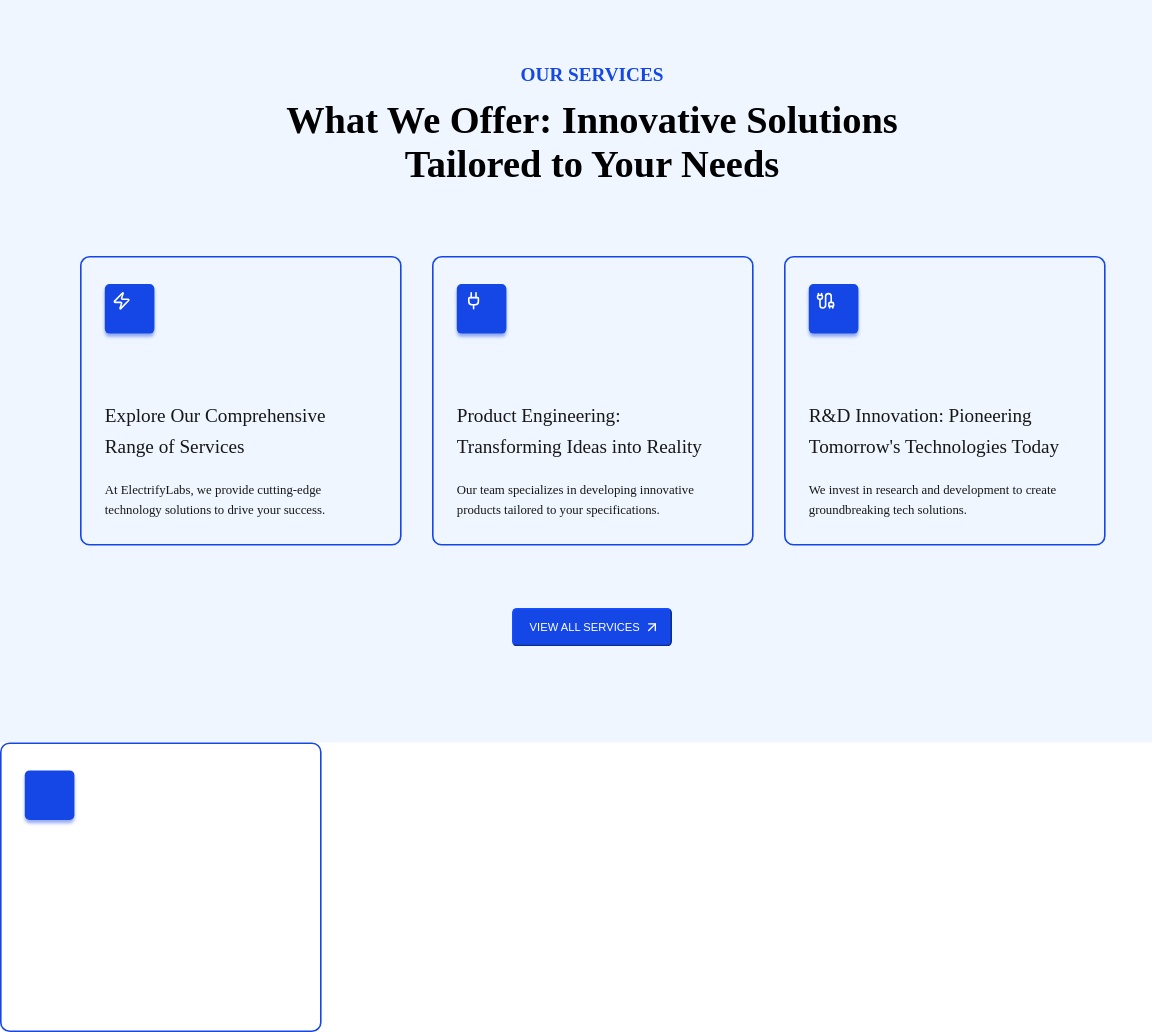
Repository: neelpatel6262/electrifylabs_homepage
Page: /
The author's editor kept a copy of each file at every save. The page is drawn from the files as they stood at one save, then again after the next save.
The browser window is 1280 px wide. The page is 1440 px wide, so the pictures cover 1440 px, including what lies to the right of the window. The pictures show the whole page, at 80% of full size.
The project was rebuilt for these pictures with package versions that can differ from the ones it lists, and the page was loaded fresh each time. Also part of the build but not shown: vite.config.js.

Above is the page before, as saved 2026-02-20 00:12:26.

After the next save:
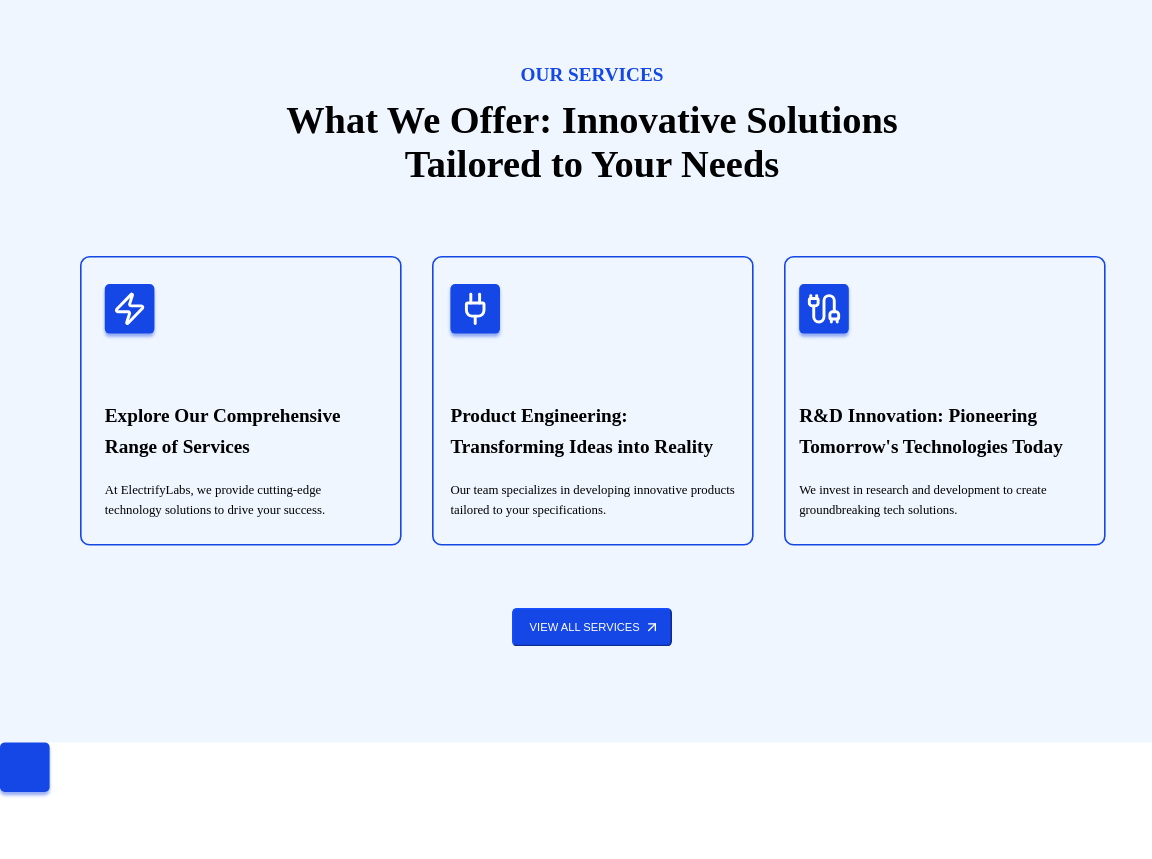
Saved 11 s later.
--- a/src/components/ServiceCard.jsx
+++ b/src/components/ServiceCard.jsx
@@ -1,31 +1,17 @@
-function ServiceCard({ icon, heading, subheading, cardType = 1 }) {
-
-  // Define card styles based on type
-  const cardStyles = {
-    1: "w-[402px] h-[362px] border-[2px] border-[#1447e6] rounded-[12px] p-[33px_29px_33px_29px]",
-    2: "w-[402px] h-[362px] border-[2px] border-[#1447e6] rounded-[12px] p-[33px_21px_33px_21px]",
-    3: "w-[402px] h-[362px] border-[2px] border-[#1447e6] rounded-[12px] p-[33px_17px_33px_17px]"
-  };
-
-  const headingWidth = cardType === 2 ? "w-[361px]" : cardType === 3 ? "w-[386px]" : "w-[318px]";
-  const subheadingWidth = cardType === 2 ? "w-[360px]" : cardType === 3 ? "w-[353px]" : "w-[344px]";
-  const subheadingHeight = cardType === 2 ? "h-[48px]" : "h-[52px]";
-
+function ServiceCard({ icon, heading, subheading, cardClass, headingClass, subheadingClass }) {
   return (
-    <div className={cardStyles[cardType] || cardStyles[1]}>
-      <div className="w-[62px] h-[62px] bg-[#1447e6] rounded-[6px] mb-[84px] p-[9px] shadow-[0px_4px_4px_0px_rgba(20,71,230,0.44)]">
+    <div className={cardClass}>
+      <div className="service-icon">
         {icon}
       </div>
-      <div className={`text-[24px] leading-[160%] ${headingWidth} h-[76px] font-semibold mb-[22px] text-[#171717]`}>
+      <div className={headingClass}>
         {heading}
       </div>
-      <div className={`text-[16px] leading-[160%] text-[#171717] ${subheadingWidth} ${subheadingHeight}`}>
+      <div className={subheadingClass}>
         {subheading}
       </div>
     </div>
   );
-
-
 }
 
 export default ServiceCard;
